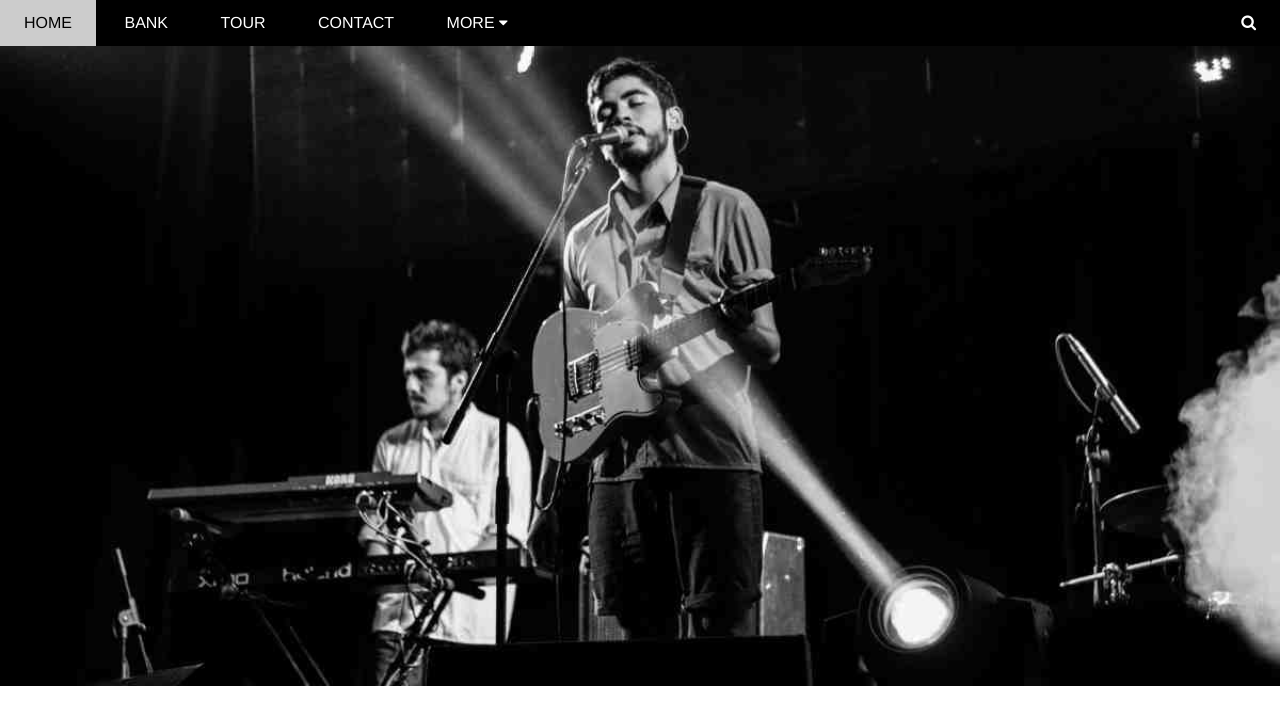
Repository: vuongtm1999/TheBand_W3School
Page: index.html
An editor plug-in stored every save of this project. The page is shown before and after the next save, followed by the edit.
The browser window is 1280 px wide. The pictures show the whole page.

Above is the page before, as saved 2022-08-25 09:29:24.

### index.html
<!DOCTYPE html>
<html lang="en">
<head>
    <meta charset="UTF-8">
    <meta http-equiv="X-UA-Compatible" content="IE=edge">
    <meta name="viewport" content="width=device-width, initial-scale=1.0">
    <title>Document</title>
    <link rel="stylesheet" href="./assets/css/style.css">
    <link rel="stylesheet" href="https://cdnjs.cloudflare.com/ajax/libs/font-awesome/4.7.0/css/font-awesome.min.css">

</head>
<body>
        <div id="header">
            <!-- begin: nav -->
            <ul id="nav">
                <li><a href="#">Home</a></li>
                <li><a href="#">Bank</a></li>
                <li><a href="#">Tour</a></li>
                <li><a href="#">Contact</a></li>
                <li>
                    <a href="#">More <i style="font-size: 15px;" class="fa fa-caret-down"></i></a>
                    <ul class="subnav">
                        <li><a href="#">Merchandise</a></li>
                        <li><a href="#">Extras</a></li>
                        <li><a href="#">Media</a></li>
                    </ul>
                </li>
            </ul>
            <!-- end: nav -->

            <!-- begin: search button -->
            <div class="search-button">
                <i class="fa fa-search"></i>
            </div>
            <!-- end: search button -->
        </div>

        <div id="slider">

        </div>

        <div id="container">
            <div id="content">

            </div>

        </div>

        <div id="footer">

        </div>
    </div>
</body>
</html>

### assets/css/style.css
/* reset CSS */
* {
    margin: 0;
    padding: 0;
    box-sizing: border-box;
}

html {
    font-family: Helvetica, Arial, sans-serif;
}

#nav, .subnav{
    list-style-type: none;
}

#nav{
    display: inline-block;
}

/*
Nguyen tac lam viec
1. Vi tri
2. Kich thuoc
3. Mau sac
4. Kieu dang (kieu chu, hinh tron hay hinh vuong,...)
*/

/*
Tu ngoai vao trong
Tu tren xuong duoi
TU tong quan den chi tiet
 */

#main {}

#header {
    position: fixed;
    height: 46px;
    background-color: #000;
    color: #fff;
    top: 0;
    left: 0;
    right: 0;
}

#nav li {
    text-decoration: none;
    line-height: 46px;
}

a{
    text-decoration: none;
}

#nav > li > a {
    /* display: inline-block; */
    padding: 0px 24px;
    color: #ffffff;
    text-transform: uppercase;
}

#nav > li {
    display: inline-block;
}

#nav li:last-child {
    position: relative;
}

#nav .subnav {
    background-color: #fff;
    position: absolute;
    display: none;
    top: 100%;
    left: 0;
    box-shadow:  0px 0px 10px rgba(0, 0, 0, 0.3);
    min-width: 160px;
}

#nav .subnav a{
    color: #000;
    padding: 0px 12px;
    line-height: 30px;
    display: inline-block;
    width: 100%;
}

#nav .subnav li:hover,
#nav > li:hover > a {
    color: #000;
    background-color: #ccc;
    display: block;
}

#nav > li:last-child:hover .subnav{
    display: block;
}

#slider {
    height: 200px;
    background-color: rgb(27, 22, 22);
    margin-top: 46px;
/* padding-top bang 50% chieu rong cua thanh phan do */
    padding-top: 50%;

    background: url("/assets/img/chicago.jpg") top center / cover no-repeat;
}

/* search btn */
#header .search-button{
    float: right;
    line-height: 46px;
    padding: 0 24px;
}

#header .search-button:hover{
    background-color: #f44336;
    cursor: pointer;
}




#container {}

#content {}

#footer {}

After the next save:
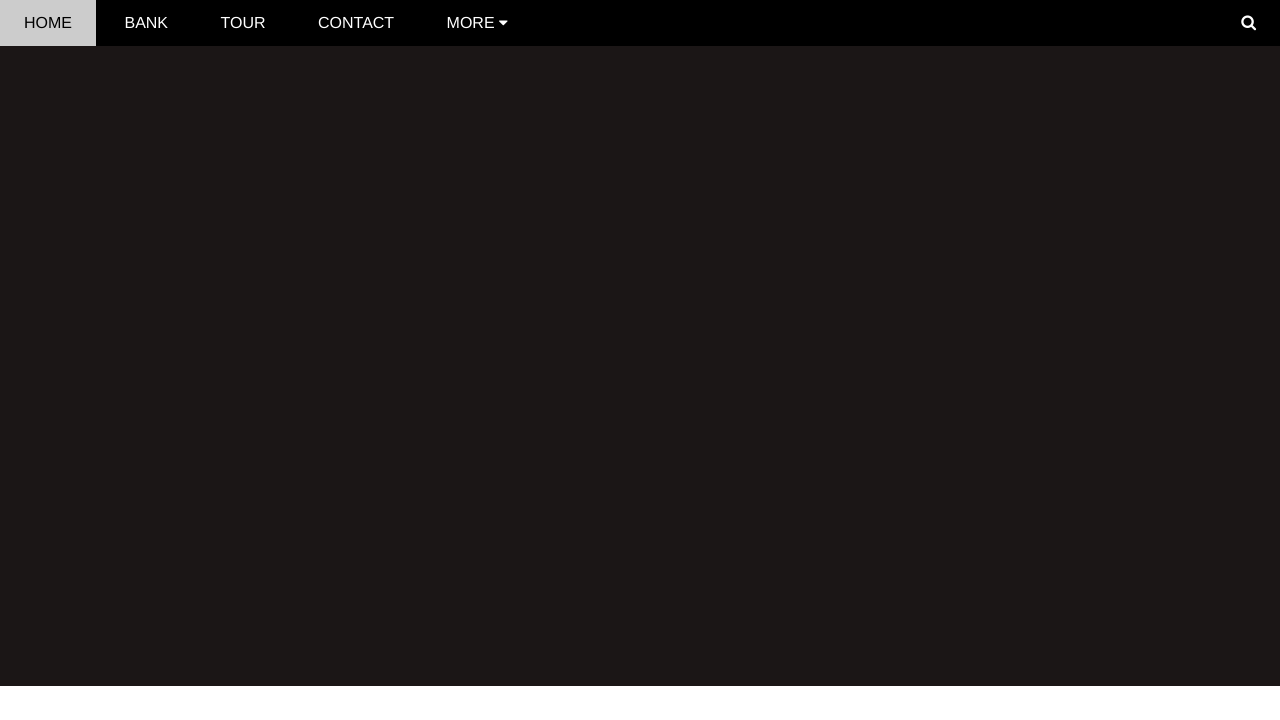
Saved 3 min 10 s later.
--- a/assets/css/style.css
+++ b/assets/css/style.css
@@ -103,7 +103,7 @@
 /* padding-top bang 50% chieu rong cua thanh phan do */
     padding-top: 50%;
 
-    background: url("/assets/img/chicago.jpg") top center / cover no-repeat;
+    background: url("/assets/img/chicago.jpg") url("https://via.placeholder.com/1200x600") top center / cover no-repeat;
 }
 
 /* search btn */

After the 3 saves that followed:
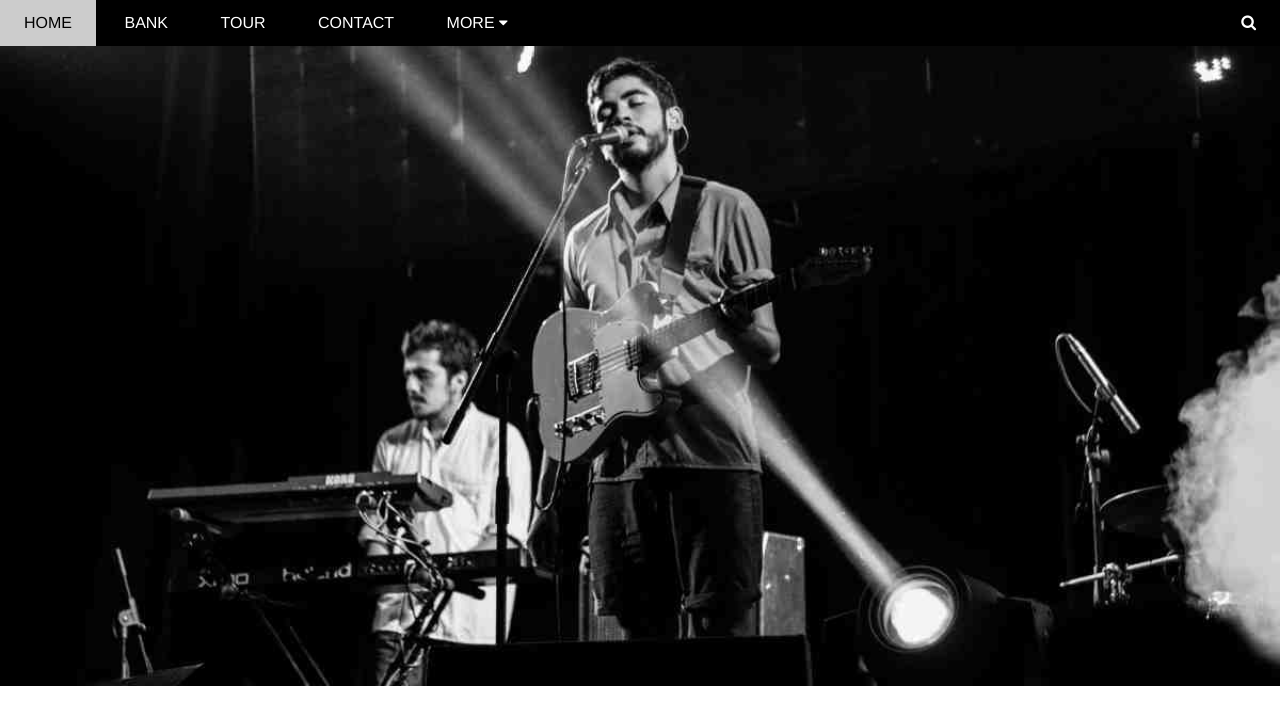
The 3 saves are shown as one change because 2 left the picture as it was.
The last was saved 42 s later.
--- a/assets/css/style.css
+++ b/assets/css/style.css
@@ -103,7 +103,7 @@
 /* padding-top bang 50% chieu rong cua thanh phan do */
     padding-top: 50%;
 
-    background: url("/assets/img/chicago.jpg") url("https://via.placeholder.com/1200x600") top center / cover no-repeat;
+    background: url("/assets/img/chicago.jpg")  top center / cover no-repeat;
 }
 
 /* search btn */
